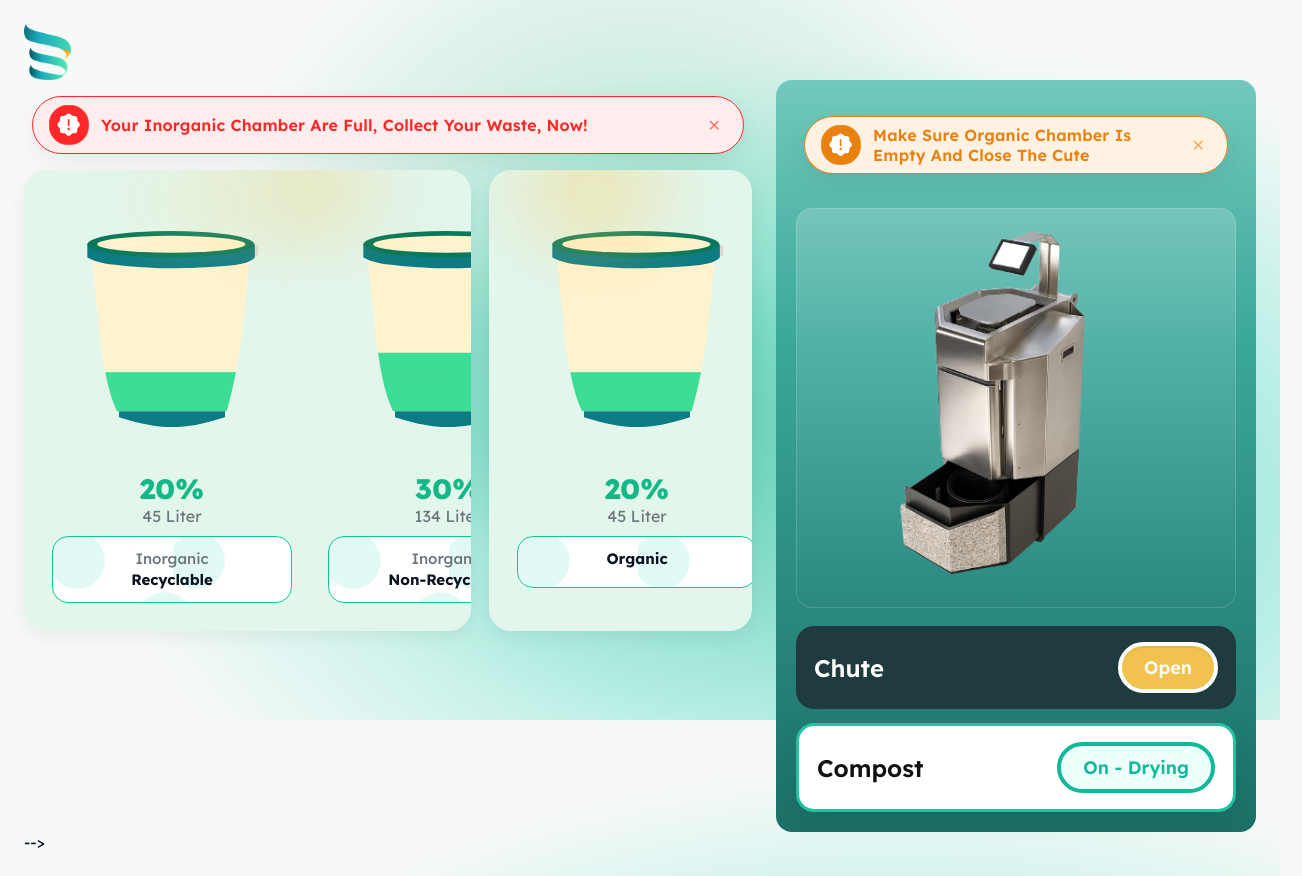
Repository: william-saputra/nusabin
Page: pages/homepage.html
The author's editor kept a copy of each file at every save. The page is drawn from the files as they stood at one save, then again after the next save.
The browser window is 1280 px wide. The page is 1302 px wide, so the pictures cover 1302 px, including what lies to the right of the window. The pictures show the whole page.
Backgrounds fixed to the window are drawn as part of the page.

Above is the page before, as saved 2025-08-13 02:01:53.

After the next save:
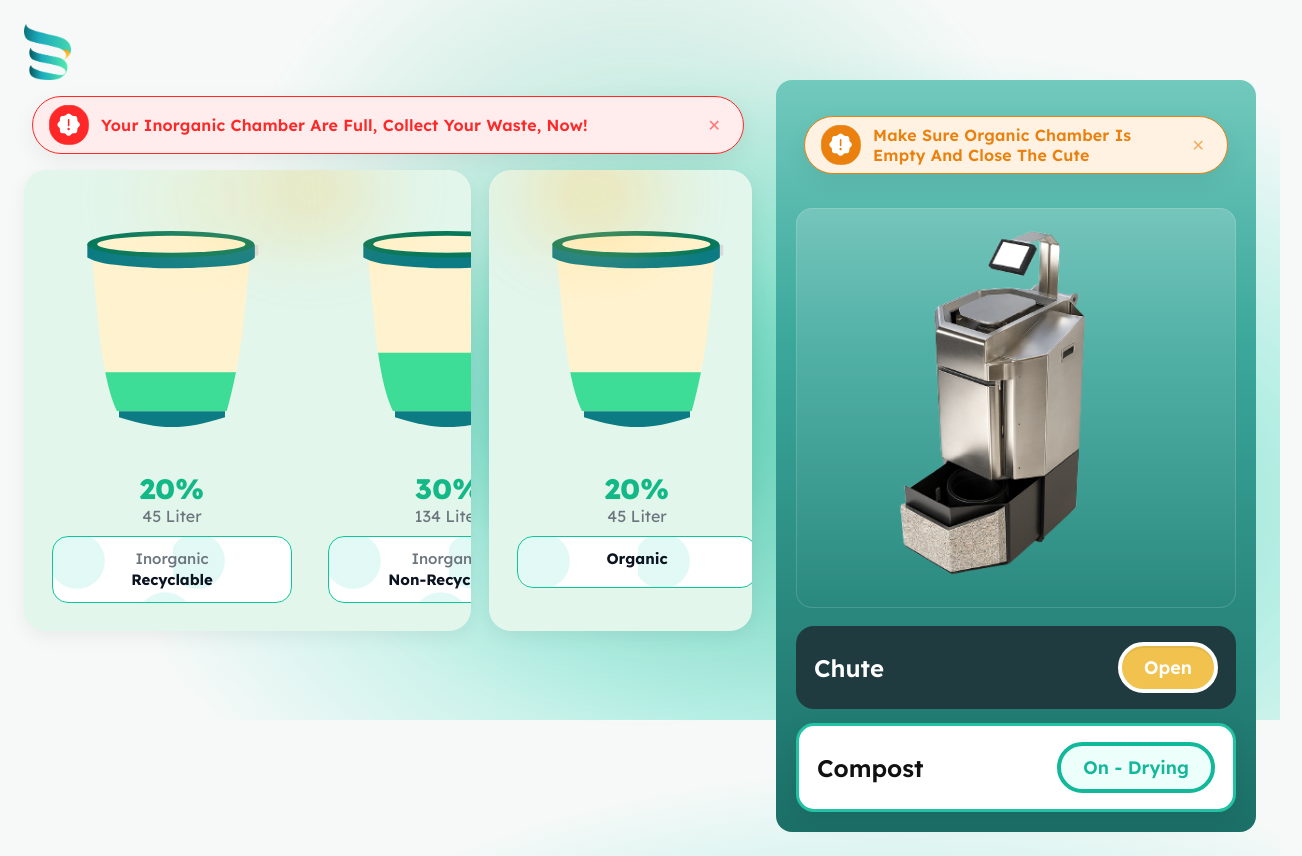
Saved 8 h 8 min later.
--- a/pages/homepage.html
+++ b/pages/homepage.html
@@ -133,9 +133,7 @@
         </aside>
       </main>
 
-      <!-- <main class="fullpage-right">
-        <!-- paste isi aside tadi di sini -->
-      </main> -->
+
 
       <div class="page-bottom-decor" aria-hidden="true"></div>
       <div class="page-left-glow" aria-hidden="true"></div>
